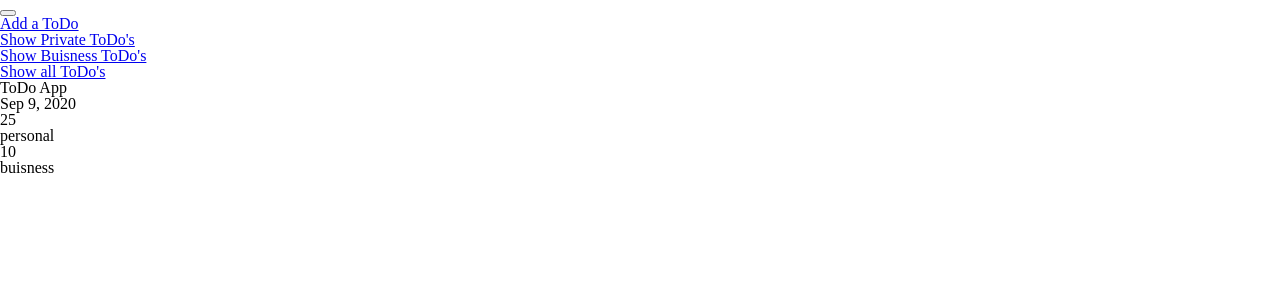
Repository: Gibon9/ToDo
Page: index.html
These files come from the project's save history. The page is drawn as it stood at one moment and after the next save; the edit follows.
The browser window is 1280 px wide. The pictures show the whole page.

Above is the page before, as saved 2020-12-02 16:18:29.

### index.html
<!DOCTYPE html>
<html lang="en">
  <head>
    <meta charset="UTF-8" />
    <meta name="viewport" content="width=device-width, initial-scale=1.0" />
    <link rel="stylesheet" href="./style/reset.css" />
    <link rel="stylesheet" href="./style/style.css" />
    <title>ToDo</title>
  </head>

  <body>
    <header class="header">
      <button class="header__hamburger">
        <div class="hamburger__line hamburger__line--long"></div>
        <div class="hamburger__line hamburger__line--short"></div>
        <div class="hamburger__line hamburger__line--long"></div>
      </button>
      <nav class="header__nav header__nav--hidden">
        <ul class="nav__list">
          <li class="list__item">
            <a href="#" class="list__link">Add a ToDo</a>
          </li>
          <li class="list__item">
            <a href="#" class="list__link">Show Private ToDo's</a>
          </li>
          <li class="list__item">
            <a href="#" class="list__link">Show Buisness ToDo's</a>
          </li>
          <li class="list__item">
            <a href="#" class="list__link">Show all ToDo's</a>
          </li>
        </ul>
      </nav>
      <section class="header__content">
        <h1 class="header__title">ToDo App</h1>
        <p class="main__text">Sep 9, 2020</p>
      </section>
      <section class="header__content">
        <h2 class="header__todo-number">25</h2>
        <p class="main__text">personal</p>
        <h2 class="header__todo-number">10</h2>
        <p class="main__text">buisness</p>
      </section>
    </header>
    <main class="main-content"></main>
    <script src="./index.js"></script>
  </body>
</html>

Loaded but not shown: style/reset.css (common file); style/style.css (no stored copy; drawn as an empty file); index.js (no stored copy; drawn as an empty file)

After the next save:
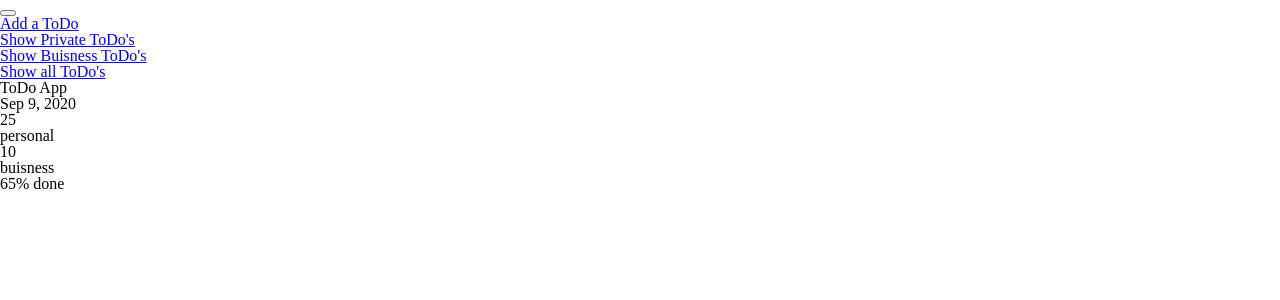
Saved 85 s later.
--- a/index.html
+++ b/index.html
@@ -40,6 +40,9 @@
         <p class="main__text">personal</p>
         <h2 class="header__todo-number">10</h2>
         <p class="main__text">buisness</p>
+
+        <div class="header__progress-circle"></div>
+        <p class="main__text">65% done</p>
       </section>
     </header>
     <main class="main-content"></main>
